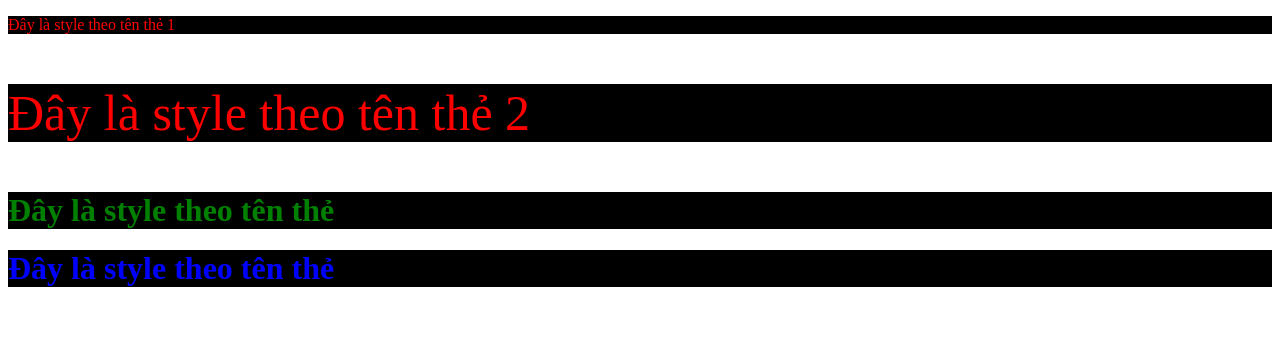
Repository: longNT0dev/C4E132
Page: SS3/index.html
These files come from the project's save history. The page is drawn as it stood at one moment and after the next save; the edit follows.
The browser window is 1280 px wide. The pictures show the whole page.

Above is the page before, as saved 2022-09-28 21:19:12.

### SS3/index.html
<!DOCTYPE html>
<html lang="en">
<head>
    <meta charset="UTF-8">
    <meta http-equiv="X-UA-Compatible" content="IE=edge">
    <meta name="viewport" content="width=device-width, initial-scale=1.0">
    <title>Document</title>
    <link rel="stylesheet" href="style.css">


</head>
<body>
    <p>Đây là style theo tên thẻ 1</p>
    <p class="big-font-size">Đây là style theo tên thẻ 2</p>
    <h1 class="class-1 class-2">Đây là style theo tên thẻ</h1>
    <h1 id="id-1">Đây là style theo tên thẻ</h1>
</body>
</html>

### SS3/style.css
/* selector  */

/* Chọn theo tên thẻ */
p {
    color: red;
    background-color: black;
}

/* Chọn theo class */
.class-1 {
    color: green;
    background-color: black;
}

.big-font-size {
    font-size: 50px;
}

#id-1 {
    color: blue;
    background-color: black;
}

After the next save:
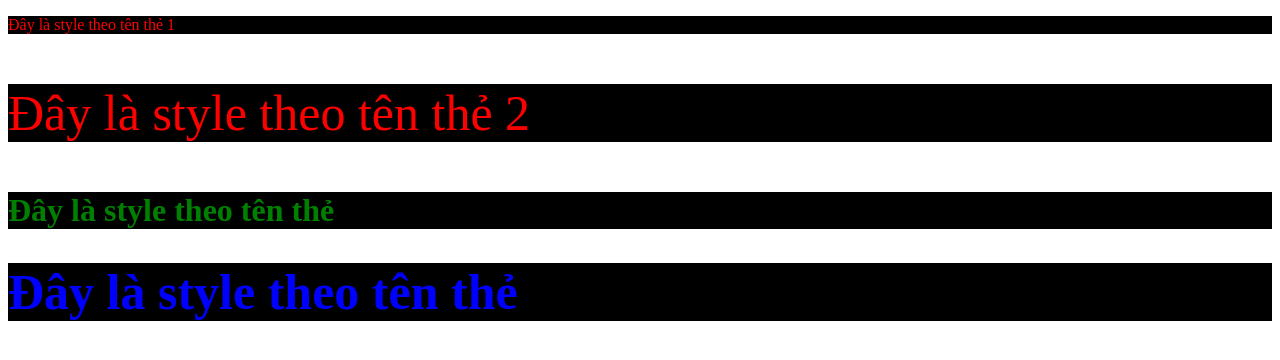
Saved 4 s later.
--- a/SS3/index.html
+++ b/SS3/index.html
@@ -13,6 +13,6 @@
     <p>Đây là style theo tên thẻ 1</p>
     <p class="big-font-size">Đây là style theo tên thẻ 2</p>
     <h1 class="class-1 class-2">Đây là style theo tên thẻ</h1>
-    <h1 id="id-1">Đây là style theo tên thẻ</h1>
+    <h1 id="id-1" class="big-font-size">Đây là style theo tên thẻ</h1>
 </body>
 </html>
